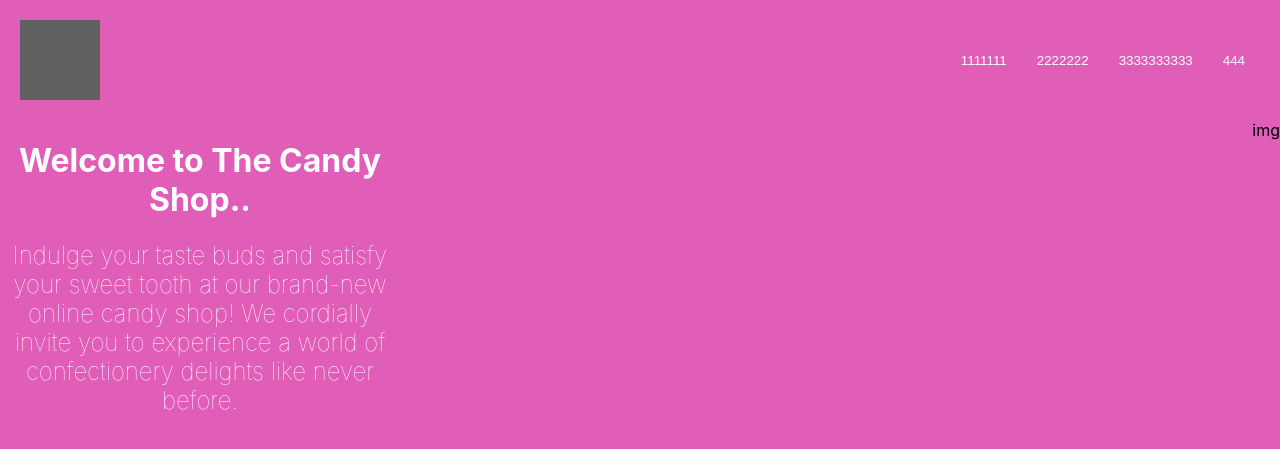
Repository: nika-otter/CandyShop
Page: /
These files come from the project's save history. The page is drawn as it stood at one moment and after a run of saves; the edit follows.
The browser window is 1280 px wide. The pictures show the whole page.
Pictures or frames that could not be fetched are drawn as grey boxes. An inner scrolling area shows only its first screen. The project was rebuilt for these pictures with package versions that can differ from the ones it lists, and the page was loaded fresh each time.

Above is the page before, as saved 2023-06-10 16:53:54.

### src/App.js
import "./App.css";
import Main from "./Pages/Main";

function App() {
  return (
    <div className="App">
      <Main />
    </div>
  );
}

export default App;

### src/App.css
.App {
  text-align: center;
  /* scrollbar-width: none; */
}

.App-logo {
  height: 40vmin;
  pointer-events: none;
}

@media (prefers-reduced-motion: no-preference) {
  .App-logo {
    animation: App-logo-spin infinite 20s linear;
  }
}

.App-header {
  background-color: #282c34;
  min-height: 100vh;
  display: flex;
  flex-direction: column;
  align-items: center;
  justify-content: center;
  font-size: calc(10px + 2vmin);
  color: white;
}

.App-link {
  color: #61dafb;
}

@keyframes App-logo-spin {
  from {
    transform: rotate(0deg);
  }
  to {
    transform: rotate(360deg);
  }
}

### src/Pages/Main.jsx
import Cupcake from "../components/Cupcake";
import Map from "../components/Map";
import Reviews from "../components/Reviews";
import We from "../components/We";
import WhatWeDo from "../components/WhatWeDo";
import classes from "./Main.module.scss";

function Main() {
  return (
    <div className={classes.container}>
      <Cupcake />
      <We />
      <WhatWeDo />
      <Reviews />
      <Map />
    </div>
  );
}

export default Main;

### src/components/Cupcake.jsx
import classes from "./Cupcake.module.scss";
import Nav from "./Nav";
function Cupcake() {
  return (
    <div className={classes.container}>
      <Nav />
      <div className={classes.content}>
        <div className={classes.info}>
          <h1 className={classes.cupcake__title}>
            Welcome to The Candy Shop..
          </h1>
          <h2 className={classes.cupcake__subtitle}>
            Indulge your taste buds and satisfy your sweet tooth at our
            brand-new online candy shop! We cordially invite you to experience a
            world of confectionery delights like never before.
          </h2>
        </div>
        <div className={classes.cupcake}>img</div>
      </div>
    </div>
  );
}

export default Cupcake;

### src/components/Map.jsx
import classes from "./Map.module.scss";
function Map() {
  return <div className={classes.container}></div>;
}

export default Map;

### src/components/Reviews.jsx
import classes from "./Reviews.module.scss";
function Reviews() {
  return <div className={classes.container}>Reviews</div>;
}

export default Reviews;

### src/components/We.jsx
import classes from "./We.module.scss";
function We() {
  return <div className={classes.container}>We</div>;
}

export default We;

### src/components/WhatWeDo.jsx
import classes from "./WhatWeDo.module.scss";
function WhatWeDo() {
  return <div className={classes.container}>WhatWeDo</div>;
}

export default WhatWeDo;

### src/Pages/Main.module.scss
.container {
  height: 100vh;
  background-color: pink;
  scroll-snap-type: y mandatory;
  scroll-behavior: smooth;
  overflow-y: auto;
  scrollbar-width: none;
  &::-webkit-scrollbar {
    display: none;
  }
}

### src/components/Cupcake.module.scss
.container {
  height: 100vh;
  background-color: rgb(224, 94, 183);
  scroll-snap-align: center;
}
.content {
  display: flex;
  justify-content: space-between;
}
.info {
  width: 400px;
}
.cupcake__title {
  //   font-size: large;
  color: white;
}
.cupcake__subtitle {
  color: white;
  font-weight: 100;
}
.cupcake {
  //   width: 500vw;
}

### src/components/Nav.jsx
import classes from "./Nav.module.scss";
function Nav() {
  return (
    <nav className={classes.container}>
      <img
        src="https://cdn-icons-png.flaticon.com/512/1888/1888765.png"
        alt=""
      />
      <div>
        {" "}
        <button>1111111</button>
        <button>2222222</button>
        <button>3333333333</button>
        <button>444</button>
      </div>
    </nav>
  );
}

export default Nav;

### src/components/Map.module.scss
.container {
  height: 100vh;
  background-color: rgb(205, 127, 140);
  scroll-snap-align: center;
}

### src/components/Reviews.module.scss
.container {
  height: 100vh;
  background-color: pink;
  scroll-snap-align: center;
}

### src/components/We.module.scss
.container {
  height: 100vh;
  background-color: rgb(209, 183, 188);
  scroll-snap-align: center;
}

### src/components/WhatWeDo.module.scss
.container {
  height: 100vh;
  background-color: rgb(171, 116, 125);
  scroll-snap-align: center;
}

### src/components/Nav.module.scss
.container {
  display: flex;
  justify-content: space-between;
  padding: 20px;
  max-width: 1400px;
  align-items: center;
  img {
    width: 80px;
    height: 80px;
    filter: invert(100%);
  }
  button {
    background-color: transparent;
    border: none;
    cursor: pointer;
    padding: 5px;
    margin: 10px;
    color: white;
    &:hover {
      background-color: #f5f5f530;
      border-radius: 5px;
    }
  }
}

Loaded but not shown: public/index.html (common file); src/index.js (common file); src/index.css (common file)

After the next 2 saves:
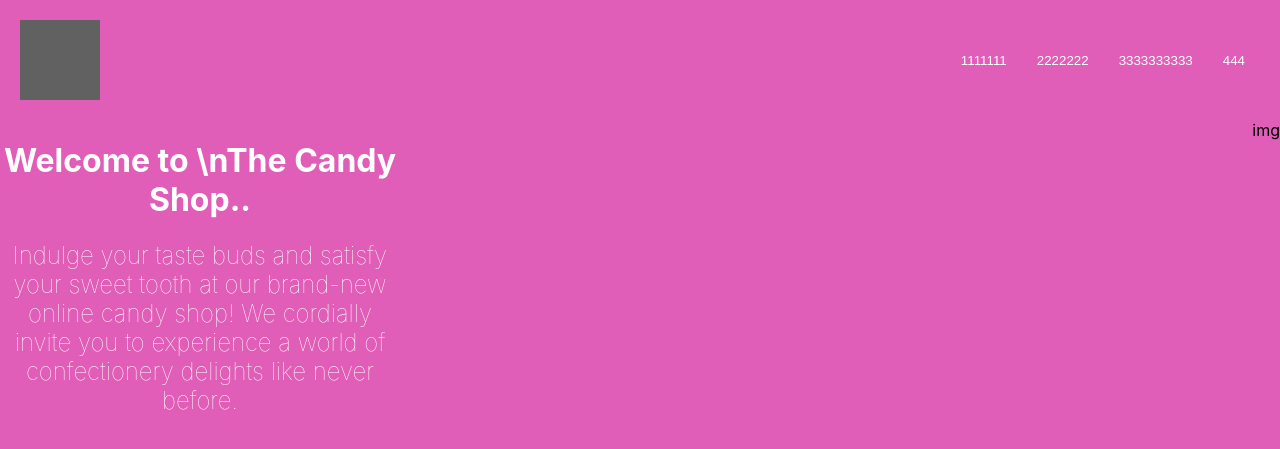
The 2 saves are shown as one change because 1 did not build or start.
The last was saved 53 s later.
--- a/src/components/Cupcake.jsx
+++ b/src/components/Cupcake.jsx
@@ -7,7 +7,7 @@ function Cupcake() {
       <div className={classes.content}>
         <div className={classes.info}>
           <h1 className={classes.cupcake__title}>
-            Welcome to The Candy Shop..
+            Welcome to \nThe Candy Shop..
           </h1>
           <h2 className={classes.cupcake__subtitle}>
             Indulge your taste buds and satisfy your sweet tooth at our
